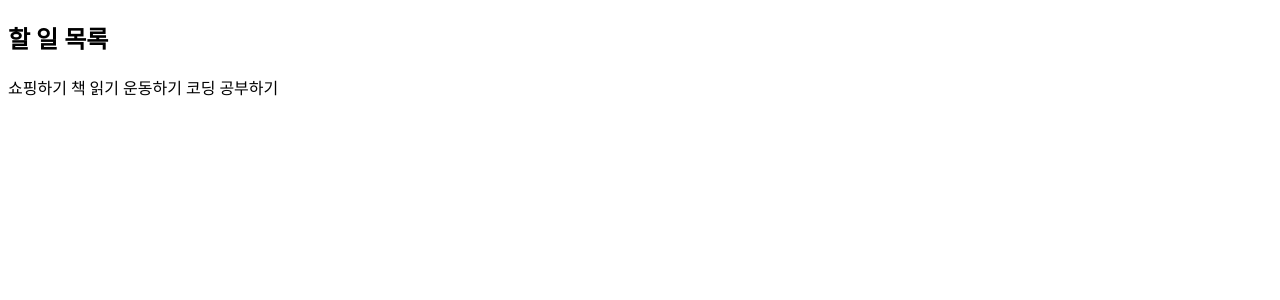
Repository: kimmingyeong225/totalJSP
Page: class_servlet_01/src/main/webapp/todolistPage.html
An editor plug-in stored every save of this project. The page is shown before and after the next save, followed by the edit.
The browser window is 1280 px wide. The pictures show the whole page.

Above is the page before, as saved 2024-07-01 03:32:15.

After the next save:
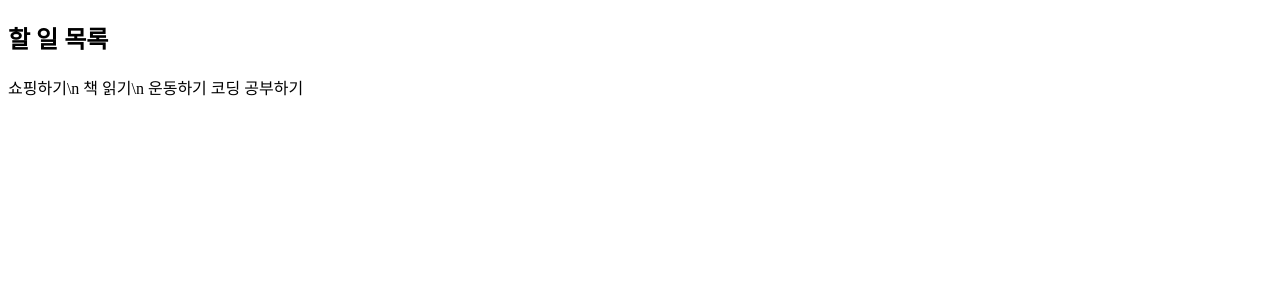
Saved 43 s later.
--- a/class_servlet_01/src/main/webapp/todolistPage.html
+++ b/class_servlet_01/src/main/webapp/todolistPage.html
@@ -6,8 +6,8 @@
 </head>
 <body>
 	<h2>할 일 목록</h2>
-	<a>쇼핑하기</a>
-	<a>책 읽기</a>
+	<a>쇼핑하기\n</a>
+	<a>책 읽기\n</a>
 	<a>운동하기</a>
 	<a>코딩 공부하기</a>
 
